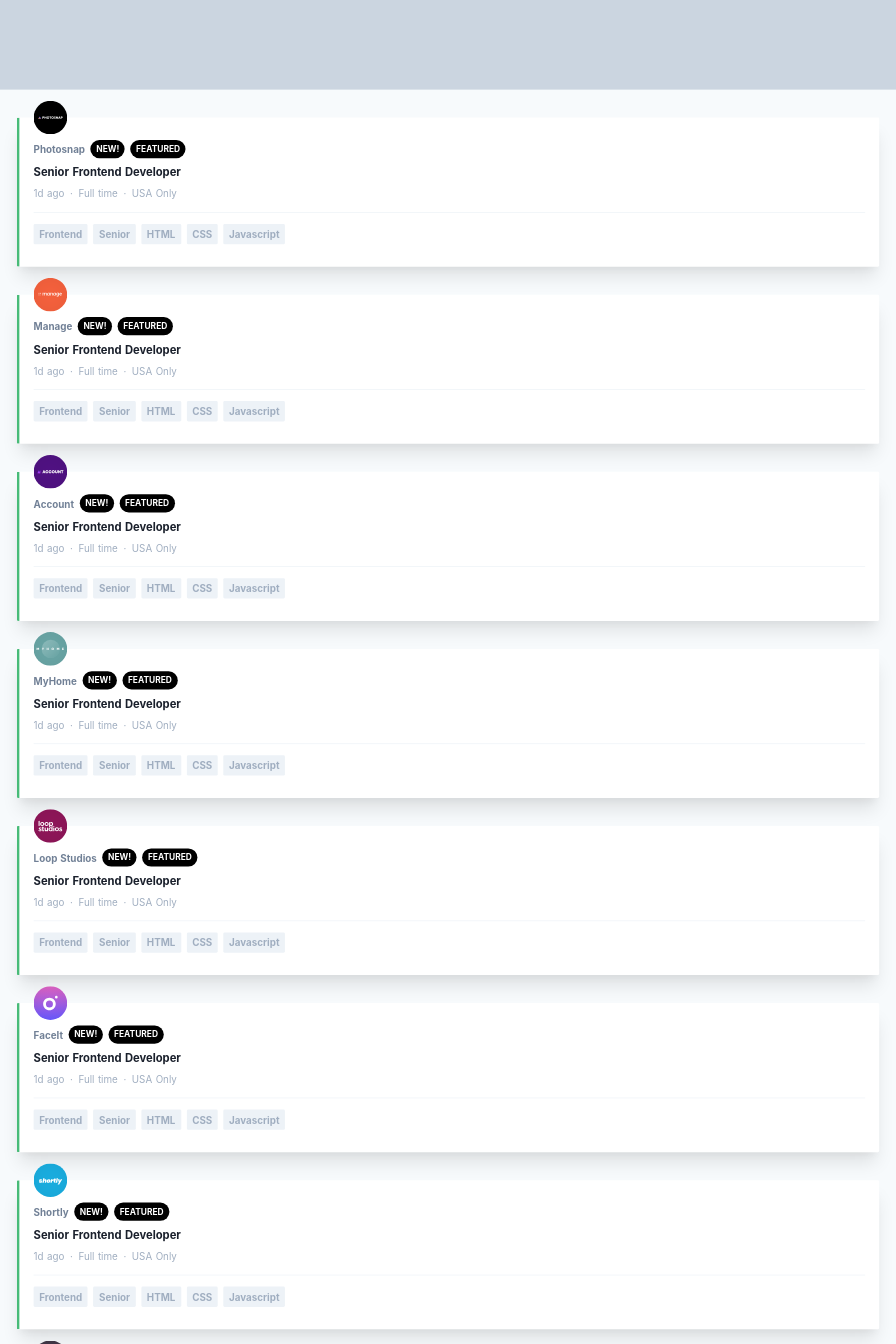
Repository: asongdon/frontendmentor-joblisting
Page: /
An editor plug-in stored every save of this project. The page is shown before and after the next save, followed by the edit.
The browser window is 1280 px wide. The pictures show the part of the page from y = 0 to 1920 px (the page is 2658 px tall), at 70% of full size.
The project was rebuilt for these pictures with package versions that can differ from the ones it lists, and the page was loaded fresh each time. The framework's server and built-in components were replaced by stand-ins that run in the browser. Also part of the build but not shown: nuxt.config.js.

Above is the page before, as saved 2020-04-12 21:28:46.

### layouts/default.vue
<template>
  <div class="h-screen">
    <Header/>
    <nuxt />
  </div>
</template>

<script>
import Header from '@/components/Header.vue'

export default {
  components: {
    Header
  },
}
</script>

<style>
html {
  font-family: 'Inter', -apple-system, BlinkMacSystemFont, 'Segoe UI',
    Roboto, 'Helvetica Neue', Arial, sans-serif;
  font-size: 16px;
  word-spacing: 1px;
  -ms-text-size-adjust: 100%;
  -webkit-text-size-adjust: 100%;
  -moz-osx-font-smoothing: grayscale;
  -webkit-font-smoothing: antialiased;
  box-sizing: border-box;
  @apply bg-gray-100;
}

*,
*:before,
*:after {
  box-sizing: border-box;
  margin: 0;
}

.button--green {
  display: inline-block;
  border-radius: 4px;
  border: 1px solid #3b8070;
  color: #3b8070;
  text-decoration: none;
  padding: 10px 30px;
}

.button--green:hover {
  color: #fff;
  background-color: #3b8070;
}

.button--grey {
  display: inline-block;
  border-radius: 4px;
  border: 1px solid #35495e;
  color: #35495e;
  text-decoration: none;
  padding: 10px 30px;
  margin-left: 15px;
}

.button--grey:hover {
  color: #fff;
  background-color: #35495e;
}
</style>

### pages/index.vue
<template>
  <div class="mt-10">
    <div class="container px-6" v-for="item in data" :key="item.id">
      <Maincard :logo="item.logo" :company="item.company" />
    </div>
  </div>
</template>

<script>
import Maincard from '@/components/Maincard'
import data from '@/static/data/data.json'

export default {
  components: {
    Maincard
  },
  data() {
    return {
      data
    }
  }
}
</script>

<style>
/* Sample `apply` at-rules with Tailwind CSS
.container {
  @apply min-h-screen flex justify-center items-center text-center mx-auto;
}
*/
</style>

### components/Header.vue
<template>
  <div class="w-full h-32 bg-gray-400"></div>
</template>

<script>
export default {}
</script>

<style></style>

### components/Maincard.vue
<template>
  <div
    class="flex flex-col flex-no-wrap rounded-sm px-5 border-l-4 border-green-500 bg-white shadow-xl pb-4 mb-10"
  >
    <div class="-mt-6 mb-2">
      <img class="w-12" :src="'/logos/' + logo" alt="" />
    </div>

    <div class="flex items-center">
      <div class="text-sm font-bold text-gray-600">{{company}}</div>
      <div class="flex text-xs font-bold">
        <div class="bg-black text-white rounded-full px-2 py-1 uppercase ml-2">
          New!
        </div>
        <div class="bg-black text-white rounded-full px-2 py-1 uppercase ml-2">
          Featured
        </div>
      </div>
    </div>

    <div class="mt-2 font-bold text-gray-900">
      Senior Frontend Developer
    </div>

    <div class="flex text-sm mt-2 text-gray-500 border-b border-gray-200 pb-4">
      <div class="mr-2">1d ago</div>
      <div class="mr-2">·</div>
      <div class="mr-2">Full time</div>
      <div class="mr-2">·</div>
      <div>USA Only</div>
    </div>

    <div class="mt-4 flex flex-wrap justify-start">
      <div
        class="px-2 py-1 bg-gray-200 text-gray-500 rounded-sm font-bold mr-2 mb-4 text-sm"
      >
        Frontend
      </div>
      <div
        class="px-2 py-1 bg-gray-200 text-gray-500 rounded-sm font-bold mr-2 mb-4 text-sm"
      >
        Senior
      </div>
      <div
        class="px-2 py-1 bg-gray-200 text-gray-500 rounded-sm font-bold mr-2 mb-4  text-sm"
      >
        HTML
      </div>
      <div
        class="px-2 py-1 bg-gray-200 text-gray-500 rounded-sm font-bold mr-2 mb-4  text-sm"
      >
        CSS
      </div>
      <div
        class="px-2 py-1 bg-gray-200 text-gray-500 rounded-sm font-bold mr-2 mb-4  text-sm"
      >
        Javascript
      </div>
    </div>
  </div>
</template>

<script>
export default {
  props: {
    logo: String,
    company: String
  }
}
</script>

<style></style>

### static/data/data.json
[
  {
    "id": 1,
    "company": "Photosnap",
    "logo": "photosnap.svg",
    "new": true,
    "featured": true,
    "position": "Senior Frontend Developer",
    "role": "Frontend",
    "level": "Senior",
    "postedAt": "1d ago",
    "contract": "Full Time",
    "location": "USA Only",
    "languages": ["HTML", "CSS", "JavaScript"]
  },
  {
    "id": 2,
    "company": "Manage",
    "logo": "manage.svg",
    "new": true,
    "featured": true,
    "position": "Fullstack Developer",
    "role": "Fullstack",
    "level": "Midweight",
    "postedAt": "1d ago",
    "contract": "Part Time",
    "location": "Remote",
    "languages": ["Python"],
    "tools": ["React"]
  },
  {
    "id": 3,
    "company": "Account",
    "logo": "account.svg",
    "new": true,
    "featured": false,
    "position": "Junior Frontend Developer",
    "role": "Frontend",
    "level": "Junior",
    "postedAt": "2d ago",
    "contract": "Part Time",
    "location": "USA Only",
    "languages": ["JavaScript"],
    "tools": ["React", "Sass"]
  },
  {
    "id": 4,
    "company": "MyHome",
    "logo": "myhome.svg",
    "new": false,
    "featured": false,
    "position": "Junior Frontend Developer",
    "role": "Frontend",
    "level": "Junior",
    "postedAt": "5d ago",
    "contract": "Contract",
    "location": "USA Only",
    "languages": ["CSS", "JavaScript"]
  },
  {
    "id": 5,
    "company": "Loop Studios",
    "logo": "loop-studios.svg",
    "new": false,
    "featured": false,
    "position": "Software Engineer",
    "role": "FullStack",
    "level": "Midweight",
    "postedAt": "1w ago",
    "contract": "Full Time",
    "location": "Worldwide",
    "languages": ["JavaScript"],
    "tools": ["Ruby", "Sass"]
  },
  {
    "id": 6,
    "company": "FaceIt",
    "logo": "faceit.svg",
    "new": false,
    "featured": false,
    "position": "Junior Backend Developer",
    "role": "Backend",
    "level": "Junior",
    "postedAt": "2w ago",
    "contract": "Full Time",
    "location": "UK Only",
    "tools": ["RoR"]
  },
  {
    "id": 7,
    "company": "Shortly",
    "logo": "shortly.svg",
    "new": false,
    "featured": false,
    "position": "Junior Developer",
    "role": "Frontend",
    "level": "Junior",
    "postedAt": "2w ago",
    "contract": "Full Time",
    "location": "Worldwide",
    "languages": ["HTML", "JavaScript"],
    "tools": ["Sass"]
  },
  {
    "id": 8,
    "company": "Insure",
    "logo": "insure.svg",
    "new": false,
    "featured": false,
    "position": "Junior Frontend Developer",
    "role": "Frontend",
    "level": "Junior",
    "postedAt": "2w ago",
    "contract": "Full Time",
    "location": "USA Only",
    "languages": ["JavaScript"],
    "tools": ["Vue, Sass"]
  },
  {
    "id": 9,
    "company": "Eyecam Co.",
    "logo": "eyecam-co.svg",
    "new": false,
    "featured": false,
    "position": "Full Stack Engineer",
    "role": "Fullstack",
    "level": "Midweight",
    "postedAt": "3w ago",
    "contract": "Full Time",
    "location": "Worldwide",
    "languages": ["JavaScript", "Python"],
    "tools": ["Django"]
  },
  {
    "id": 10,
    "company": "The Air Filter Company",
    "logo": "the-air-filter-company.svg",
    "new": false,
    "featured": false,
    "position": "Front-end Dev",
    "role": "Frontend",
    "level": "Junior",
    "postedAt": "1mo ago",
    "contract": "Part Time",
    "location": "Worldwide",
    "languages": ["JavaScript"],
    "tools": ["React", "Sass"]
  }
]

Loaded but not shown: assets/css/tailwind.css (common file); tailwind.config.js (common file); store/filter.js (no copy from this time; the picture is the same without it); store/index.js (no copy from this time; the picture is the same without it)

After the next save:
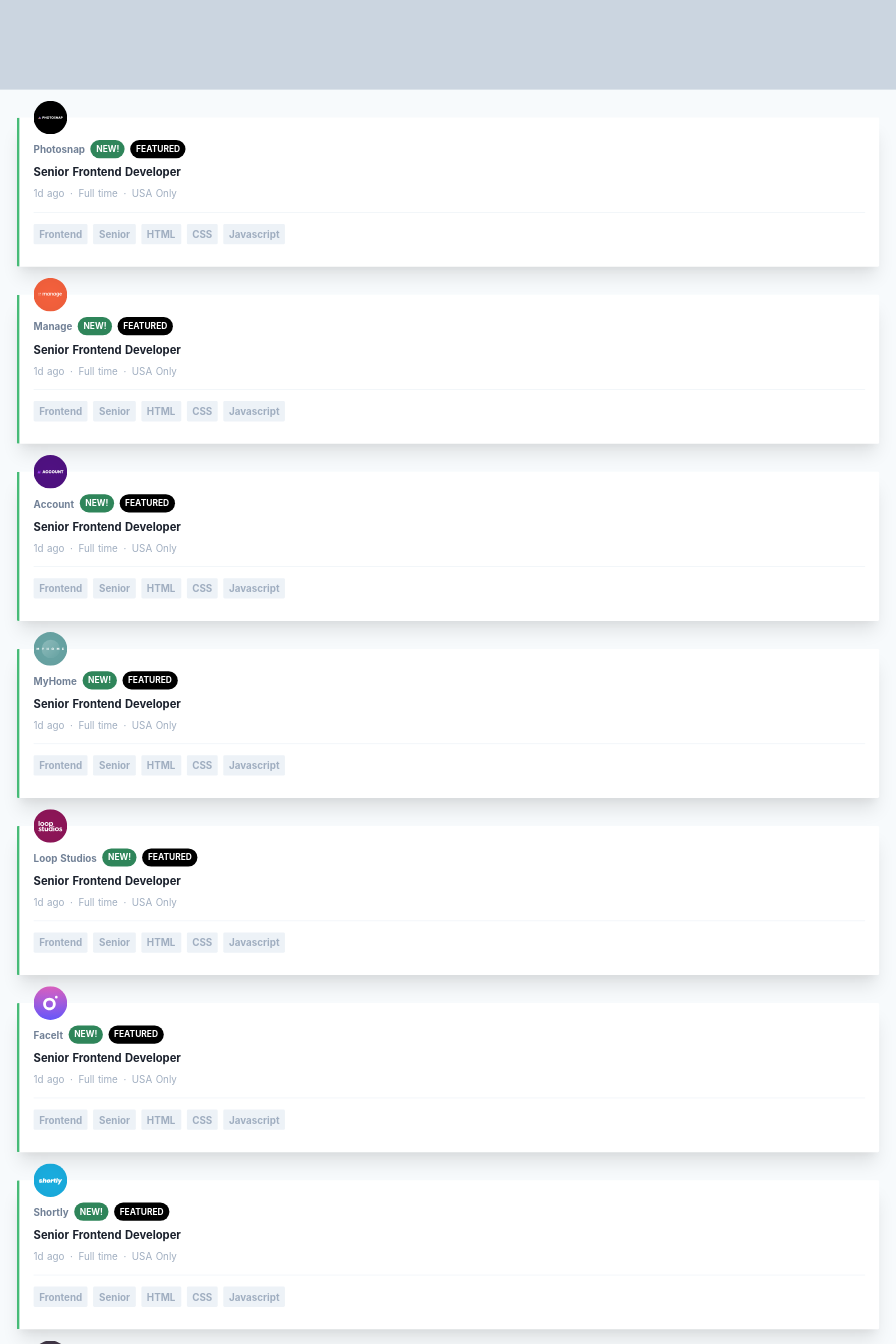
Saved 49 s later.
--- a/components/Maincard.vue
+++ b/components/Maincard.vue
@@ -9,7 +9,7 @@
     <div class="flex items-center">
       <div class="text-sm font-bold text-gray-600">{{company}}</div>
       <div class="flex text-xs font-bold">
-        <div class="bg-black text-white rounded-full px-2 py-1 uppercase ml-2">
+        <div class=" bg-green-700 text-white rounded-full px-2 py-1 uppercase ml-2">
           New!
         </div>
         <div class="bg-black text-white rounded-full px-2 py-1 uppercase ml-2">
